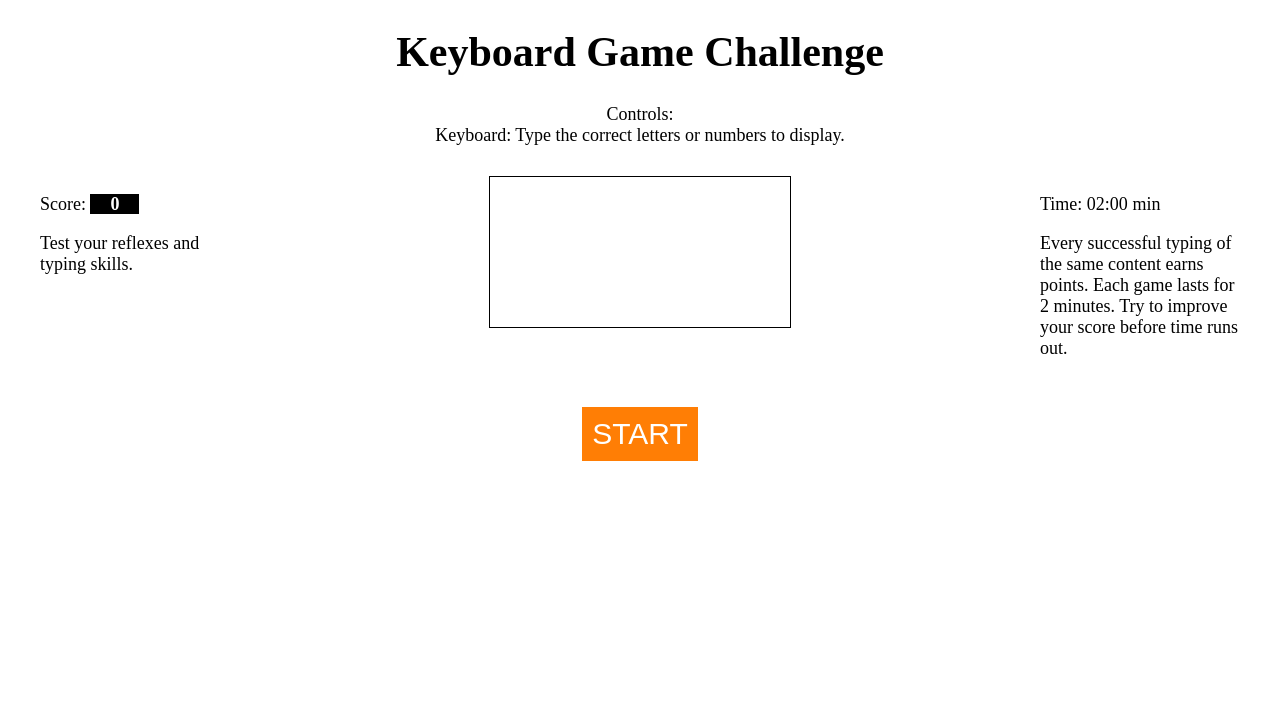
Repository: TianJunShi1/imw-2023
Page: index.html
An editor plug-in stored every save of this project. The page is shown before and after a run of saves, followed by the edit.
The browser window is 1280 px wide. The pictures show the whole page.

Above is the page before, as saved 2024-03-25 10:05:16.

After the next 2 saves:
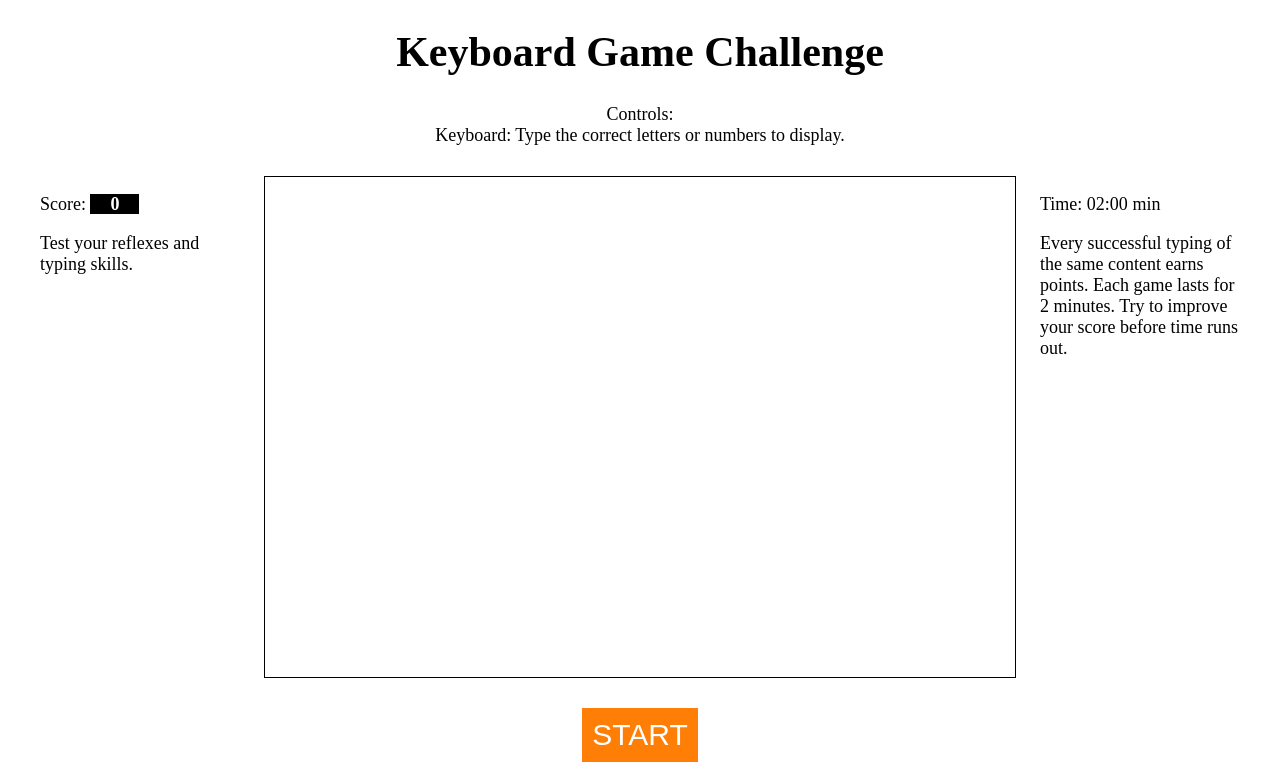
The 2 saves are shown as one change because they came seconds apart.
The last was saved 24 s later.
--- a/index.html
+++ b/index.html
@@ -53,6 +53,8 @@
 
     #container {
       border: 1px solid black;
+      width: 750px;
+      height: 500px;
     }
 
     button {
